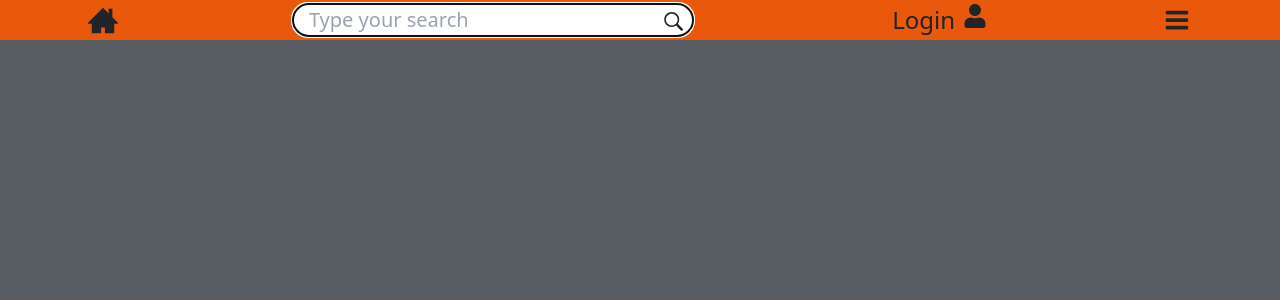
Repository: ShindanoSingi/bembe-tube
Page: /homePage
An editor plug-in stored every save of this project. The page is shown before and after the next save, followed by the edit.
The browser window is 1280 px wide. The pictures show the whole page.
The page's requests for data from a server got no answer. Some web libraries are served in a nearby version. The project was rebuilt for these pictures with package versions that can differ from the ones it lists, and the page was loaded fresh each time. No one was signed in, and anything a server would have sent is missing. Also part of the build but not shown: src/Components/WelcomePage.css, src/Components/WelcomePage.js, src/Components/VideoIframe.css, src/Components/VideoIframe.js, src/Components/Wait.js, src/Components/VideoCardsPlayer.css, src/Components/VideoCardsPlayer.js, src/Components/Nav.css and 15 more.

Above is the page before, as saved 2022-10-06 00:29:01.

### public/index.html
<!DOCTYPE html>
<html lang="en">
  <head>
    <meta charset="utf-8" />
    <link rel="icon" href="%PUBLIC_URL%/favicon.ico" />
    <meta name="viewport" content="width=device-width, initial-scale=1" />
    <meta name="theme-color" content="#000000" />
    <meta
      name="description"
      content="Web site created using create-react-app"
    />
    <script src="https://cdn.tailwindcss.com"></script>
    <link
  rel="stylesheet"
  href="https://cdn.jsdelivr.net/npm/bootstrap@5.1.3/dist/css/bootstrap.min.css"
  integrity="sha384-1BmE4kWBq78iYhFldvKuhfTAU6auU8tT94WrHftjDbrCEXSU1oBoqyl2QvZ6jIW3"
  crossorigin="anonymous"
/>
<!-- React Bootstrap ^^^ Above -->
    <link rel="apple-touch-icon" href="%PUBLIC_URL%/logo192.png" />
    <!--
      manifest.json provides metadata used when your web app is installed on a
      user's mobile device or desktop. See https://developers.google.com/web/fundamentals/web-app-manifest/
    -->
    <link rel="manifest" href="%PUBLIC_URL%/manifest.json" />
    <!--
      Notice the use of %PUBLIC_URL% in the tags above.
      It will be replaced with the URL of the `public` folder during the build.
      Only files inside the `public` folder can be referenced from the HTML.

      Unlike "/favicon.ico" or "favicon.ico", "%PUBLIC_URL%/favicon.ico" will
      work correctly both with client-side routing and a non-root public URL.
      Learn how to configure a non-root public URL by running `npm run build`.
    -->
    <title>React App</title>
  </head>
  <body>
    <noscript>You need to enable JavaScript to run this app.</noscript>
    <div id="root"></div>
    <!--
      This HTML file is a template.
      If you open it directly in the browser, you will see an empty page.

      You can add webfonts, meta tags, or analytics to this file.
      The build step will place the bundled scripts into the <body> tag.

      To begin the development, run `npm start` or `yarn start`.
      To create a production bundle, use `npm run build` or `yarn build`.
    -->
  </body>
</html>

### src/styles/main.css
/*
! tailwindcss v3.1.8 | MIT License | https://tailwindcss.com
*//*
1. Prevent padding and border from affecting element width. (https://github.com/mozdevs/cssremedy/issues/4)
2. Allow adding a border to an element by just adding a border-width. (https://github.com/tailwindcss/tailwindcss/pull/116)
*/

*,
::before,
::after {
  box-sizing: border-box; /* 1 */
  border-width: 0; /* 2 */
  border-style: solid; /* 2 */
  border-color: #e5e7eb; /* 2 */
}

::before,
::after {
  --tw-content: '';
}

/*
1. Use a consistent sensible line-height in all browsers.
2. Prevent adjustments of font size after orientation changes in iOS.
3. Use a more readable tab size.
4. Use the user's configured `sans` font-family by default.
*/

html {
  line-height: 1.5; /* 1 */
  -webkit-text-size-adjust: 100%; /* 2 */ /* 3 */
  tab-size: 4; /* 3 */
  font-family: ui-sans-serif, system-ui, -apple-system, BlinkMacSystemFont, "Segoe UI", Roboto, "Helvetica Neue", Arial, "Noto Sans", sans-serif, "Apple Color Emoji", "Segoe UI Emoji", "Segoe UI Symbol", "Noto Color Emoji"; /* 4 */
}

/*
1. Remove the margin in all browsers.
2. Inherit line-height from `html` so users can set them as a class directly on the `html` element.
*/

body {
  margin: 0; /* 1 */
  line-height: inherit; /* 2 */
}

/*
1. Add the correct height in Firefox.
2. Correct the inheritance of border color in Firefox. (https://bugzilla.mozilla.org/show_bug.cgi?id=190655)
3. Ensure horizontal rules are visible by default.
*/

hr {
  height: 0; /* 1 */
  color: inherit; /* 2 */
  border-top-width: 1px; /* 3 */
}

/*
Add the correct text decoration in Chrome, Edge, and Safari.
*/

abbr:where([title]) {
  text-decoration: underline dotted;
}

/*
Remove the default font size and weight for headings.
*/

h1,
h2,
h3,
h4,
h5,
h6 {
  font-size: inherit;
  font-weight: inherit;
}

/*
Reset links to optimize for opt-in styling instead of opt-out.
*/

a {
  color: inherit;
  text-decoration: inherit;
}

/*
Add the correct font weight in Edge and Safari.
*/

b,
strong {
  font-weight: bolder;
}

/*
1. Use the user's configured `mono` font family by default.
2. Correct the odd `em` font sizing in all browsers.
*/

code,
kbd,
samp,
pre {
  font-family: ui-monospace, SFMono-Regular, Menlo, Monaco, Consolas, "Liberation Mono", "Courier New", monospace; /* 1 */
  font-size: 1em; /* 2 */
}

/*
Add the correct font size in all browsers.
*/

small {
  font-size: 80%;
}

/*
Prevent `sub` and `sup` elements from affecting the line height in all browsers.
*/

sub,
sup {
  font-size: 75%;
  line-height: 0;
  position: relative;
  vertical-align: baseline;
}

sub {
  bottom: -0.25em;
}

sup {
  top: -0.5em;
}

/*
1. Remove text indentation from table contents in Chrome and Safari. (https://bugs.chromium.org/p/chromium/issues/detail?id=999088, https://bugs.webkit.org/show_bug.cgi?id=201297)
2. Correct table border color inheritance in all Chrome and Safari. (https://bugs.chromium.org/p/chromium/issues/detail?id=935729, https://bugs.webkit.org/show_bug.cgi?id=195016)
3. Remove gaps between table borders by default.
*/

table {
  text-indent: 0; /* 1 */
  border-color: inherit; /* 2 */
  border-collapse: collapse; /* 3 */
}

/*
1. Change the font styles in all browsers.
2. Remove the margin in Firefox and Safari.
3. Remove default padding in all browsers.
*/

button,
input,
optgroup,
select,
textarea {
  font-family: inherit; /* 1 */
  font-size: 100%; /* 1 */
  font-weight: inherit; /* 1 */
  line-height: inherit; /* 1 */
  color: inherit; /* 1 */
  margin: 0; /* 2 */
  padding: 0; /* 3 */
}

/*
Remove the inheritance of text transform in Edge and Firefox.
*/

button,
select {
  text-transform: none;
}

/*
1. Correct the inability to style clickable types in iOS and Safari.
2. Remove default button styles.
*/

button,
[type='button'],
[type='reset'],
[type='submit'] {
  -webkit-appearance: button; /* 1 */
  background-color: transparent; /* 2 */
  background-image: none; /* 2 */
}

/*
Use the modern Firefox focus style for all focusable elements.
*/

:-moz-focusring {
  outline: auto;
}

/*
Remove the additional `:invalid` styles in Firefox. (https://github.com/mozilla/gecko-dev/blob/2f9eacd9d3d995c937b4251a5557d95d494c9be1/layout/style/res/forms.css#L728-L737)
*/

:-moz-ui-invalid {
  box-shadow: none;
}

/*
Add the correct vertical alignment in Chrome and Firefox.
*/

progress {
  vertical-align: baseline;
}

/*
Correct the cursor style of increment and decrement buttons in Safari.
*/

::-webkit-inner-spin-button,
::-webkit-outer-spin-button {
  height: auto;
}

/*
1. Correct the odd appearance in Chrome and Safari.
2. Correct the outline style in Safari.
*/

[type='search'] {
  -webkit-appearance: textfield; /* 1 */
  outline-offset: -2px; /* 2 */
}

/*
Remove the inner padding in Chrome and Safari on macOS.
*/

::-webkit-search-decoration {
  -webkit-appearance: none;
}

/*
1. Correct the inability to style clickable types in iOS and Safari.
2. Change font properties to `inherit` in Safari.
*/

::-webkit-file-upload-button {
  -webkit-appearance: button; /* 1 */
  font: inherit; /* 2 */
}

/*
Add the correct display in Chrome and Safari.
*/

summary {
  display: list-item;
}

/*
Removes the default spacing and border for appropriate elements.
*/

blockquote,
dl,
dd,
h1,
h2,
h3,
h4,
h5,
h6,
hr,
figure,
p,
pre {
  margin: 0;
}

fieldset {
  margin: 0;
  padding: 0;
}

legend {
  padding: 0;
}

ol,
ul,
menu {
  list-style: none;
  margin: 0;
  padding: 0;
}

/*
Prevent resizing textareas horizontally by default.
*/

textarea {
  resize: vertical;
}

/*
1. Reset the default placeholder opacity in Firefox. (https://github.com/tailwindlabs/tailwindcss/issues/3300)
2. Set the default placeholder color to the user's configured gray 400 color.
*/

input::placeholder,
textarea::placeholder {
  opacity: 1; /* 1 */
  color: #9ca3af; /* 2 */
}

/*
Set the default cursor for buttons.
*/

button,
[role="button"] {
  cursor: pointer;
}

/*
Make sure disabled buttons don't get the pointer cursor.
*/
:disabled {
  cursor: default;
}

/*
1. Make replaced elements `display: block` by default. (https://github.com/mozdevs/cssremedy/issues/14)
2. Add `vertical-align: middle` to align replaced elements more sensibly by default. (https://github.com/jensimmons/cssremedy/issues/14#issuecomment-634934210)
   This can trigger a poorly considered lint error in some tools but is included by design.
*/

img,
svg,
video,
canvas,
audio,
iframe,
embed,
object {
  display: block; /* 1 */
  vertical-align: middle; /* 2 */
}

/*
Constrain images and videos to the parent width and preserve their intrinsic aspect ratio. (https://github.com/mozdevs/cssremedy/issues/14)
*/

img,
video {
  max-width: 100%;
  height: auto;
}

*, ::before, ::after {
  --tw-border-spacing-x: 0;
  --tw-border-spacing-y: 0;
  --tw-translate-x: 0;
  --tw-translate-y: 0;
  --tw-rotate: 0;
  --tw-skew-x: 0;
  --tw-skew-y: 0;
  --tw-scale-x: 1;
  --tw-scale-y: 1;
  --tw-pan-x:  ;
  --tw-pan-y:  ;
  --tw-pinch-zoom:  ;
  --tw-scroll-snap-strictness: proximity;
  --tw-ordinal:  ;
  --tw-slashed-zero:  ;
  --tw-numeric-figure:  ;
  --tw-numeric-spacing:  ;
  --tw-numeric-fraction:  ;
  --tw-ring-inset:  ;
  --tw-ring-offset-width: 0px;
  --tw-ring-offset-color: #fff;
  --tw-ring-color: rgb(59 130 246 / 0.5);
  --tw-ring-offset-shadow: 0 0 #0000;
  --tw-ring-shadow: 0 0 #0000;
  --tw-shadow: 0 0 #0000;
  --tw-shadow-colored: 0 0 #0000;
  --tw-blur:  ;
  --tw-brightness:  ;
  --tw-contrast:  ;
  --tw-grayscale:  ;
  --tw-hue-rotate:  ;
  --tw-invert:  ;
  --tw-saturate:  ;
  --tw-sepia:  ;
  --tw-drop-shadow:  ;
  --tw-backdrop-blur:  ;
  --tw-backdrop-brightness:  ;
  --tw-backdrop-contrast:  ;
  --tw-backdrop-grayscale:  ;
  --tw-backdrop-hue-rotate:  ;
  --tw-backdrop-invert:  ;
  --tw-backdrop-opacity:  ;
  --tw-backdrop-saturate:  ;
  --tw-backdrop-sepia:  ;
}

::backdrop {
  --tw-border-spacing-x: 0;
  --tw-border-spacing-y: 0;
  --tw-translate-x: 0;
  --tw-translate-y: 0;
  --tw-rotate: 0;
  --tw-skew-x: 0;
  --tw-skew-y: 0;
  --tw-scale-x: 1;
  --tw-scale-y: 1;
  --tw-pan-x:  ;
  --tw-pan-y:  ;
  --tw-pinch-zoom:  ;
  --tw-scroll-snap-strictness: proximity;
  --tw-ordinal:  ;
  --tw-slashed-zero:  ;
  --tw-numeric-figure:  ;
  --tw-numeric-spacing:  ;
  --tw-numeric-fraction:  ;
  --tw-ring-inset:  ;
  --tw-ring-offset-width: 0px;
  --tw-ring-offset-color: #fff;
  --tw-ring-color: rgb(59 130 246 / 0.5);
  --tw-ring-offset-shadow: 0 0 #0000;
  --tw-ring-shadow: 0 0 #0000;
  --tw-shadow: 0 0 #0000;
  --tw-shadow-colored: 0 0 #0000;
  --tw-blur:  ;
  --tw-brightness:  ;
  --tw-contrast:  ;
  --tw-grayscale:  ;
  --tw-hue-rotate:  ;
  --tw-invert:  ;
  --tw-saturate:  ;
  --tw-sepia:  ;
  --tw-drop-shadow:  ;
  --tw-backdrop-blur:  ;
  --tw-backdrop-brightness:  ;
  --tw-backdrop-contrast:  ;
  --tw-backdrop-grayscale:  ;
  --tw-backdrop-hue-rotate:  ;
  --tw-backdrop-invert:  ;
  --tw-backdrop-opacity:  ;
  --tw-backdrop-saturate:  ;
  --tw-backdrop-sepia:  ;
}

.sr-only {
  position: absolute;
  width: 1px;
  height: 1px;
  padding: 0;
  margin: -1px;
  overflow: hidden;
  clip: rect(0, 0, 0, 0);
  white-space: nowrap;
  border-width: 0;
}

.absolute {
  position: absolute;
}

.relative {
  position: relative;
}

.inset-y-5 {
  top: 1.25rem;
  bottom: 1.25rem;
}

.right-5 {
  right: 1.25rem;
}

.bottom-4 {
  bottom: 1rem;
}

.bottom-8 {
  bottom: 2rem;
}

.left-1\/2 {
  left: 50%;
}

.top-3\/4 {
  top: 75%;
}

.m-auto {
  margin: auto;
}

.mb-2 {
  margin-bottom: 0.5rem;
}

.mt-1 {
  margin-top: 0.25rem;
}

.mr-1\.5 {
  margin-right: 0.375rem;
}

.mb-1\.5 {
  margin-bottom: 0.375rem;
}

.mr-1 {
  margin-right: 0.25rem;
}

.mb-1 {
  margin-bottom: 0.25rem;
}

.mt-4 {
  margin-top: 1rem;
}

.ml-0\.5 {
  margin-left: 0.125rem;
}

.ml-0 {
  margin-left: 0px;
}

.mb-3 {
  margin-bottom: 0.75rem;
}

.mt-5 {
  margin-top: 1.25rem;
}

.flex {
  display: flex;
}

.table {
  display: table;
}

.hidden {
  display: none;
}

.h-full {
  height: 100%;
}

.h-fit {
  height: -moz-fit-content;
  height: fit-content;
}

.h-screen {
  height: 100vh;
}

.h-60 {
  height: 15rem;
}

.w-screen {
  width: 100vw;
}

.w-8 {
  width: 2rem;
}

.w-full {
  width: 100%;
}

.-translate-x-1\/2 {
  --tw-translate-x: -50%;
  transform: translate(var(--tw-translate-x), var(--tw-translate-y)) rotate(var(--tw-rotate)) skewX(var(--tw-skew-x)) skewY(var(--tw-skew-y)) scaleX(var(--tw-scale-x)) scaleY(var(--tw-scale-y));
}

.transform {
  transform: translate(var(--tw-translate-x), var(--tw-translate-y)) rotate(var(--tw-rotate)) skewX(var(--tw-skew-x)) skewY(var(--tw-skew-y)) scaleX(var(--tw-scale-x)) scaleY(var(--tw-scale-y));
}

.flex-row {
  flex-direction: row;
}

.flex-col {
  flex-direction: column;
}

.flex-wrap {
  flex-wrap: wrap;
}

.items-center {
  align-items: center;
}

.justify-start {
  justify-content: flex-start;
}

.justify-center {
  justify-content: center;
}

.justify-between {
  justify-content: space-between;
}

.justify-around {
  justify-content: space-around;
}

.gap-2 {
  gap: 0.5rem;
}

.gap-1 {
  gap: 0.25rem;
}

.overflow-auto {
  overflow: auto;
}

.rounded-full {
  border-radius: 9999px;
}

.rounded-lg {
  border-radius: 0.5rem;
}

.rounded-md {
  border-radius: 0.375rem;
}

.rounded-l-lg {
  border-top-left-radius: 0.5rem;
  border-bottom-left-radius: 0.5rem;
}

.border {
  border-width: 1px;
}

.bg-black {
  --tw-bg-opacity: 1;
  background-color: rgb(0 0 0 / var(--tw-bg-opacity));
}

.bg-orange-600 {
  --tw-bg-opacity: 1;
  background-color: rgb(234 88 12 / var(--tw-bg-opacity));
}

.bg-white {
  --tw-bg-opacity: 1;
  background-color: rgb(255 255 255 / var(--tw-bg-opacity));
}

.bg-blue-500 {
  --tw-bg-opacity: 1;
  background-color: rgb(59 130 246 / var(--tw-bg-opacity));
}

.object-cover {
  object-fit: cover;
}

.object-center {
  object-position: center;
}

.p-1 {
  padding: 0.25rem;
}

.px-2 {
  padding-left: 0.5rem;
  padding-right: 0.5rem;
}

.py-2 {
  padding-top: 0.5rem;
  padding-bottom: 0.5rem;
}

.pl-2 {
  padding-left: 0.5rem;
}

.pt-1 {
  padding-top: 0.25rem;
}

.pt-2 {
  padding-top: 0.5rem;
}

.text-center {
  text-align: center;
}

.align-baseline {
  vertical-align: baseline;
}

.text-3xl {
  font-size: 1.875rem;
  line-height: 2.25rem;
}

.text-xl {
  font-size: 1.25rem;
  line-height: 1.75rem;
}

.text-lg {
  font-size: 1.125rem;
  line-height: 1.75rem;
}

.text-sm {
  font-size: 0.875rem;
  line-height: 1.25rem;
}

.text-xs {
  font-size: 0.75rem;
  line-height: 1rem;
}

.text-base {
  font-size: 1rem;
  line-height: 1.5rem;
}

.text-2xl {
  font-size: 1.5rem;
  line-height: 2rem;
}

.font-normal {
  font-weight: 400;
}

.leading-normal {
  line-height: 1.5;
}

.tracking-tight {
  letter-spacing: -0.025em;
}

.text-gray-900 {
  --tw-text-opacity: 1;
  color: rgb(17 24 39 / var(--tw-text-opacity));
}

.text-gray-700 {
  --tw-text-opacity: 1;
  color: rgb(55 65 81 / var(--tw-text-opacity));
}

.text-blue-500 {
  --tw-text-opacity: 1;
  color: rgb(59 130 246 / var(--tw-text-opacity));
}

.shadow {
  --tw-shadow: 0 1px 3px 0 rgb(0 0 0 / 0.1), 0 1px 2px -1px rgb(0 0 0 / 0.1);
  --tw-shadow-colored: 0 1px 3px 0 var(--tw-shadow-color), 0 1px 2px -1px var(--tw-shadow-color);
  box-shadow: var(--tw-ring-offset-shadow, 0 0 #0000), var(--tw-ring-shadow, 0 0 #0000), var(--tw-shadow);
}

.shadow-md {
  --tw-shadow: 0 4px 6px -1px rgb(0 0 0 / 0.1), 0 2px 4px -2px rgb(0 0 0 / 0.1);
  --tw-shadow-colored: 0 4px 6px -1px var(--tw-shadow-color), 0 2px 4px -2px var(--tw-shadow-color);
  box-shadow: var(--tw-ring-offset-shadow, 0 0 #0000), var(--tw-ring-shadow, 0 0 #0000), var(--tw-shadow);
}

.filter {
  filter: var(--tw-blur) var(--tw-brightness) var(--tw-contrast) var(--tw-grayscale) var(--tw-hue-rotate) var(--tw-invert) var(--tw-saturate) var(--tw-sepia) var(--tw-drop-shadow);
}

.hover\:bg-gray-100:hover {
  --tw-bg-opacity: 1;
  background-color: rgb(243 244 246 / var(--tw-bg-opacity));
}

@media (prefers-color-scheme: dark) {

  .dark\:border-gray-700 {
    --tw-border-opacity: 1;
    border-color: rgb(55 65 81 / var(--tw-border-opacity));
  }

  .dark\:bg-gray-800 {
    --tw-bg-opacity: 1;
    background-color: rgb(31 41 55 / var(--tw-bg-opacity));
  }

  .dark\:text-gray-400 {
    --tw-text-opacity: 1;
    color: rgb(156 163 175 / var(--tw-text-opacity));
  }

  .dark\:hover\:bg-gray-700:hover {
    --tw-bg-opacity: 1;
    background-color: rgb(55 65 81 / var(--tw-bg-opacity));
  }
}

@media (min-width: 768px) {

  .md\:right-8 {
    right: 2rem;
  }

  .md\:top-24 {
    top: 6rem;
  }

  .md\:mt-8 {
    margin-top: 2rem;
  }

  .md\:block {
    display: block;
  }

  .md\:flex {
    display: flex;
  }

  .md\:h-6 {
    height: 1.5rem;
  }

  .md\:h-96 {
    height: 24rem;
  }

  .md\:h-1\/2 {
    height: 50%;
  }

  .md\:w-96 {
    width: 24rem;
  }

  .md\:flex-row {
    flex-direction: row;
  }

  .md\:flex-wrap {
    flex-wrap: wrap;
  }

  .md\:gap-8 {
    gap: 2rem;
  }

  .md\:gap-1 {
    gap: 0.25rem;
  }

  .md\:gap-2 {
    gap: 0.5rem;
  }

  .md\:rounded-full {
    border-radius: 9999px;
  }

  .md\:bg-yellow-700 {
    --tw-bg-opacity: 1;
    background-color: rgb(161 98 7 / var(--tw-bg-opacity));
  }

  .md\:py-4 {
    padding-top: 1rem;
    padding-bottom: 1rem;
  }

  .md\:py-2 {
    padding-top: 0.5rem;
    padding-bottom: 0.5rem;
  }

  .md\:pb-0\.5 {
    padding-bottom: 0.125rem;
  }

  .md\:pb-0 {
    padding-bottom: 0px;
  }

  .md\:text-3xl {
    font-size: 1.875rem;
    line-height: 2.25rem;
  }

  .md\:text-2xl {
    font-size: 1.5rem;
    line-height: 2rem;
  }

  .md\:text-xl {
    font-size: 1.25rem;
    line-height: 1.75rem;
  }

  .md\:text-5xl {
    font-size: 3rem;
    line-height: 1;
  }

  .md\:text-4xl {
    font-size: 2.25rem;
    line-height: 2.5rem;
  }
}

@media (min-width: 1024px) {

  .lg\:left-72 {
    left: 18rem;
  }

  .lg\:top-16 {
    top: 4rem;
  }

  .lg\:mb-1\.5 {
    margin-bottom: 0.375rem;
  }

  .lg\:mb-1 {
    margin-bottom: 0.25rem;
  }

  .lg\:block {
    display: block;
  }

  .lg\:w-60 {
    width: 15rem;
  }

  .lg\:flex-row {
    flex-direction: row;
  }

  .lg\:gap-8 {
    gap: 2rem;
  }

  .lg\:overflow-auto {
    overflow: auto;
  }

  .lg\:rounded-r-lg {
    border-top-right-radius: 0.5rem;
    border-bottom-right-radius: 0.5rem;
  }

  .lg\:bg-yellow-800 {
    --tw-bg-opacity: 1;
    background-color: rgb(133 77 14 / var(--tw-bg-opacity));
  }

  .lg\:px-1 {
    padding-left: 0.25rem;
    padding-right: 0.25rem;
  }

  .lg\:py-3 {
    padding-top: 0.75rem;
    padding-bottom: 0.75rem;
  }
}

### src/Components/Nav.js
import React from "react"
import "./Nav.css"
import HomeHistoryPlaylistIcons from "./HomeHistoryPlaylistIcons"
import SearchForm from "./SearchForm"
import UserLoginIcon from "./UserLoginIcon"
import {GoThreeBars} from "react-icons/go"
import {Link} from "react-router-dom"

// This is the search form. It conatins both the input box and the search icon
const Nav = ({
     searchedString,
     handleSubmit,
     handleChange,
     forwardedRef,
     userData,
     getUserData
}) => { // console.log(forwardedRef)

     return (
          <div className="flex items-center justify-around w-screen py-1 bg-orange-600  md:py-4">
               <HomeHistoryPlaylistIcons/> {/* <Link to="/about">
        <button
          className="text-md md:text-2xl"
          variant="contained"
          href="#contained-buttons"
        >
          About
        </button>
      </Link> */}
               <SearchForm searchedString={searchedString}
                    handleChange={handleChange}
                    handleSubmit={handleSubmit}/>
               <UserLoginIcon forwardedRef={forwardedRef}
                    userData={userData}/>
               <GoThreeBars className="text-lg md:text-3xl"/>
          </div>
     )
}

export default Nav

### src/Components/AboutPage.css
@media screen and (max-width: 414px) {
	.about-text {
			font-family: Helvetica;
		}

		body {
			background-color: #f0ede7;
		}
}

@media screen and (max-width: 375px) {
	.about-text {
			font-family: Helvetica;
		}

		body {
			background-color: #f0ede7;
		}
}

### src/Components/Auth.css

.login-button {
	width: auto;
	display: flex;
	justify-content: center;
}

.inputs-buttons-container {
	justify-content: center;
	display: flex;
}

input {
	margin-bottom: 10px;
}

button {
	width: 100px;
	margin-bottom: 5px;
}

.input-container {
	display: flex;
	justify-content: center;
	flex-direction: column;
	width: 200px;
}



body {
	background-color: rgb(87, 93, 98);
	border-radius: 0px 0px 20px 20px;
}

.modal-footer {
	display: flex;
	align-items: baseline;
	justify-content: center;
	position: relative;
	top: -20px;
}

.modal-header {
	font-size: 12px;
	background-color: rgb(111, 106, 106);
	height: 7vh;
	width: 200px;
	gap: 15px;
	display: flex;
	position: relative;
	top: 12px;
	margin-top: 60px;
}

.modal-title {
	font-size: 17px;
}

/* Close button */
.close-Button {
	padding: 5px;
	width: 60px;
}

/* Save button */
.save-your-login-button {
	width: 130px;
	padding: 5px;
}

button.btn-close {
	background-color: rgb(0, 217, 255);
}

/* modal window */
.modal-content {
	height: 350px;
	width: 250px;
	flex-direction: column;
	display: flex;
	align-items: center;
	position: relative;
	left: 14vw;
	top: 25vh;
}

@media screen and (max-width: 768px) {
	.login-button {
		padding: 20px;
		width: auto;
		height: auto;
		display: flex;
		justify-content: center;
		position: relative;
		top: 20vh;
	}

	.inputs-buttons-container {
		justify-content: center;
		display: flex;
	}

	input {
		margin-bottom: 10px;
	}

	button {
		width: 100px;
		margin-bottom: 5px;
	}

	.input-container {
		display: flex;
		justify-content: center;
		flex-direction: column;
		width: 200px;
	}

	.buttons-container {
		display: flex;
		justify-content: center;
	}

	body {
		background-color: rgb(87, 93, 98);
		border-radius: 0px 0px 20px 20px;
	}

	.modal-footer {
		display: flex;
		align-items: baseline;
		justify-content: center;
		position: relative;
		top: -20px;
	}

	.modal-header {
		font-size: 12px;
		background-color: rgb(111, 106, 106);
		height: 7vh;
		width: 200px;
		gap: 15px;
		display: flex;
		position: relative;
		top: 12px;
		margin-top: 60px;
	}

	.modal-title {
		font-size: 17px;
	}

	/* Close button */
	.close-Button {
		padding: 5px;
		width: 60px;
	}

	/* Save button */
	.save-your-login-button {
		width: 130px;
		padding: 5px;
	}

	button.btn-close {
		background-color: rgb(0, 217, 255);
	}

	/* modal window */
	.modal-content {
		height: 300px;
		width: 250px;
		flex-direction: column;
		display: flex;
		align-items: center;
		position: relative;
		left: 14vw;
		top: 25vh;
	}
}

@media screen and (max-width: 414px) {
	.login-button {
			padding: 20px;
			width: auto;
			height: auto;
			display: flex;
			justify-content: center;
			position: relative;
			top: 20vh;
		}

		.inputs-buttons-container {
			justify-content: center;
			display: flex;
		}

		input {
			margin-bottom: 10px;
		}

		button {
			width: 100px;
			margin-bottom: 5px;
		}

		.input-container {
			display: flex;
			justify-content: center;
			flex-direction: column;
			width: 200px;
		}

		.buttons-container {
			display: flex;
			justify-content: center;
		}

		body {
			background-color: rgb(87, 93, 98);
			border-radius: 0px 0px 20px 20px;
		}

		.modal-footer {
			display: flex;
			align-items: baseline;
			justify-content: center;
			position: relative;
			top: -20px;
		}

		.modal-header {
			font-size: 12px;
			background-color: rgb(111, 106, 106);
			height: 7vh;
			width: 200px;
			gap: 15px;
			display: flex;
			position: relative;
			top: 12px;
			margin-top: 60px;
		}

		.modal-title {
			font-size: 17px;
		}

		/* Close button */
		.close-Button {
			padding: 5px;
			width: 60px;
		}

		/* Save button */
		.save-your-login-button {
			width: 130px;
			padding: 5px;
		}

		button.btn-close {
			background-color: rgb(0, 217, 255);
		}

		/* modal window */
		.modal-content {
			height: 300px;
			width: 250px;
			flex-direction: column;
			display: flex;
			align-items: center;
			position: relative;
			left: 14vw;
			top: 25vh;
		}
}

@media screen and (max-width: 375px) {
	.login-button {
	padding: 20px;
	width: auto;
	height: auto;
	display: flex;
	justify-content: center;
	position: relative;
	top: 20vh;
}

.inputs-buttons-container {
	justify-content: center;
	display: flex;
}

input {
	margin-bottom: 10px;
}

button {
	width: 100px;
	margin-bottom: 5px;
}

.input-container {
	display: flex;
	justify-content: center;
	flex-direction: column;
	width: 200px;
}

.buttons-container {
	display: flex;
	justify-content: center;
}

body {
	background-color: rgb(87, 93, 98);
	border-radius: 0px 0px 20px 20px;
}

.modal-footer {
	display: flex;
	align-items: baseline;
	justify-content: center;
	position: relative;
	top: -20px;
}

.modal-header {
	font-size: 12px;
	background-color: rgb(111, 106, 106);
	height: 7vh;
	width: 200px;
	gap: 15px;
	display: flex;
	position: relative;
	top: 12px;
	margin-top: 60px;
}

.modal-title {
	font-size: 17px;
}

/* Close button */
.close-Button {
	padding: 5px;
	width: 60px;
}

/* Save button */
.save-your-login-button {
	width: 130px;
	padding: 5px;
}

button.btn-close {
	background-color: rgb(0, 217, 255);
}

/* modal window */
.modal-content {
	height: 300px;
	width: 250px;
	flex-direction: column;
	display: flex;
	align-items: center;
	position: relative;
	left: 14vw;
	top: 25vh;
}

}

Loaded but not shown: src/reportWebVitals.js (common file); src/App.js (231 lines, source omitted); src/Components/VideoCardsHome.js (106 lines, source omitted); src/Components/HomePage.js (56 lines, source omitted); src/Components/UserLoginIcon.js (54 lines, source omitted); src/Components/SearchForm.js (25 lines, source omitted); src/index.js (17 lines, source omitted); src/Components/HomeHistoryPlaylistIcons.js (20 lines, source omitted)

After the next save:
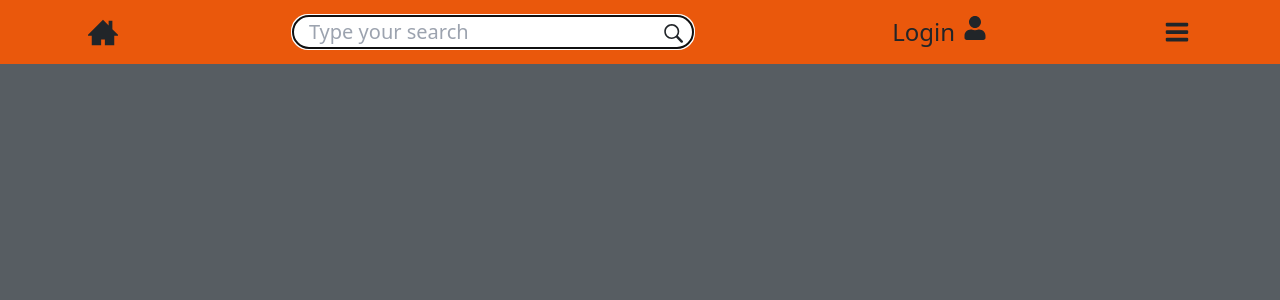
Saved 11 s later.
--- a/src/Components/Nav.js
+++ b/src/Components/Nav.js
@@ -17,7 +17,7 @@
 }) => { // console.log(forwardedRef)
 
      return (
-          <div className="flex items-center justify-around w-screen py-1 bg-orange-600  md:py-4">
+          <div className="flex items-center justify-around w-screen bg-orange-600 md:py-4">
                <HomeHistoryPlaylistIcons/> {/* <Link to="/about">
         <button
           className="text-md md:text-2xl"

After the save that followed:
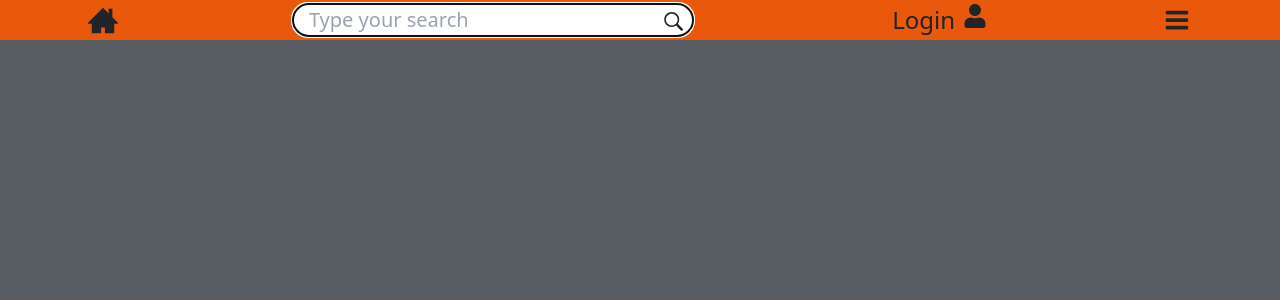
Saved 8 s later.
--- a/src/Components/Nav.js
+++ b/src/Components/Nav.js
@@ -17,7 +17,7 @@
 }) => { // console.log(forwardedRef)
 
      return (
-          <div className="flex items-center justify-around w-screen bg-orange-600 md:py-4">
+          <div className="flex items-center justify-around w-screen py-1 bg-orange-600 md:py-4">
                <HomeHistoryPlaylistIcons/> {/* <Link to="/about">
         <button
           className="text-md md:text-2xl"
